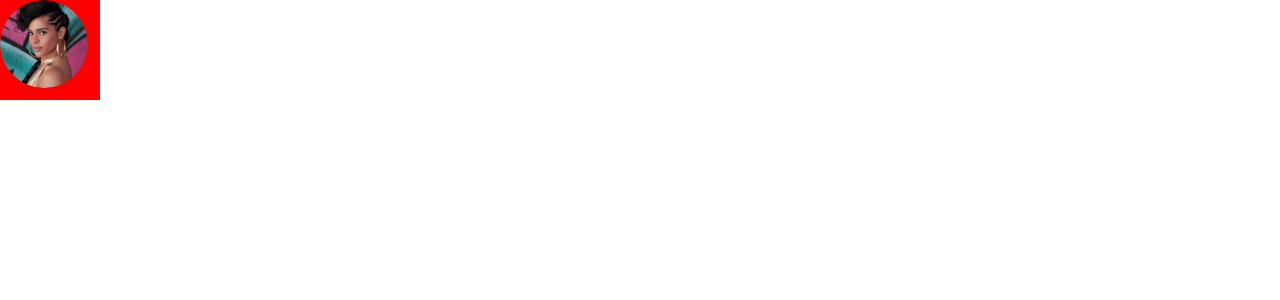
Repository: uh-sman/Zuri-task-one
Page: /
These files come from the project's save history. The page is drawn as it stood at one moment and after the next save; the edit follows.
The browser window is 1280 px wide. The pictures show the whole page.
The project was rebuilt for these pictures with package versions that can differ from the ones it lists, and the page was loaded fresh each time.

Above is the page before, as saved 2022-10-23 17:56:58.

### src/App.js
import "./App.css";
import Home from "./Components/Home";

function App() {
  return (
    <div className="App">
      <Home />
    </div>
  );
}

export default App;

### src/Components/Home.js
import React from "react";

import Dashboard from "./Dashboard";
const Home = () => {
  return (
    <div>
      <Dashboard />
    </div>
  );
};

export default Home;

### src/Components/Dashboard.js
import React from "react";
import profile from "./assets/profile.png";
import "./dashboard.css";
const Dashboard = () => {
  return (
    <div className="dashboard">
      <div className="dashboard-container">
        <img className="image" src={profile} />
      </div>
    </div>
  );
};

export default Dashboard;

### src/Components/dashboard.css
.dashboard {
  background-color: red;
  width: 100px;
  height: 100px;
}
.image {
  height: 88px;
  width: 88px;
  left: 532px;
  top: 0px;
  border-radius: 275px;
}

Loaded but not shown: public/index.html (common file); src/index.js (common file); src/index.css (common file); src/reportWebVitals.js (common file); src/App.css (common file)

After the next save:
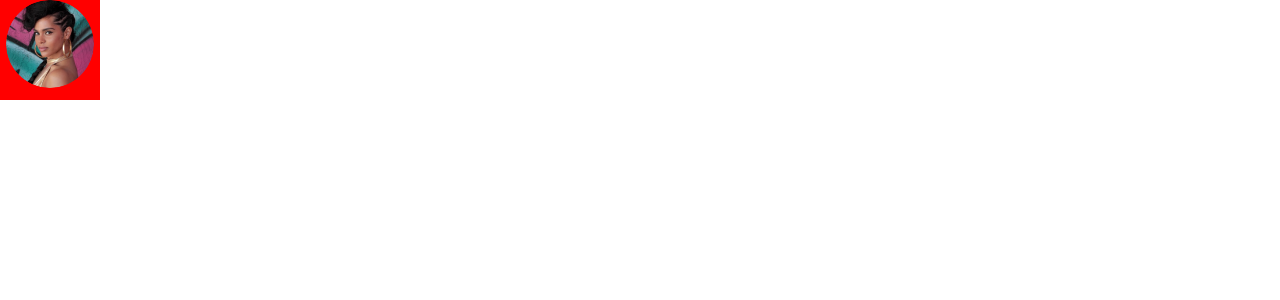
Saved 92 s later.
--- a/src/Components/dashboard.css
+++ b/src/Components/dashboard.css
@@ -2,6 +2,11 @@
   background-color: red;
   width: 100px;
   height: 100px;
+}
+.dashboard-container {
+  display: flex;
+  justify-content: center;
+  margin: auto;
 }
 .image {
   height: 88px;
